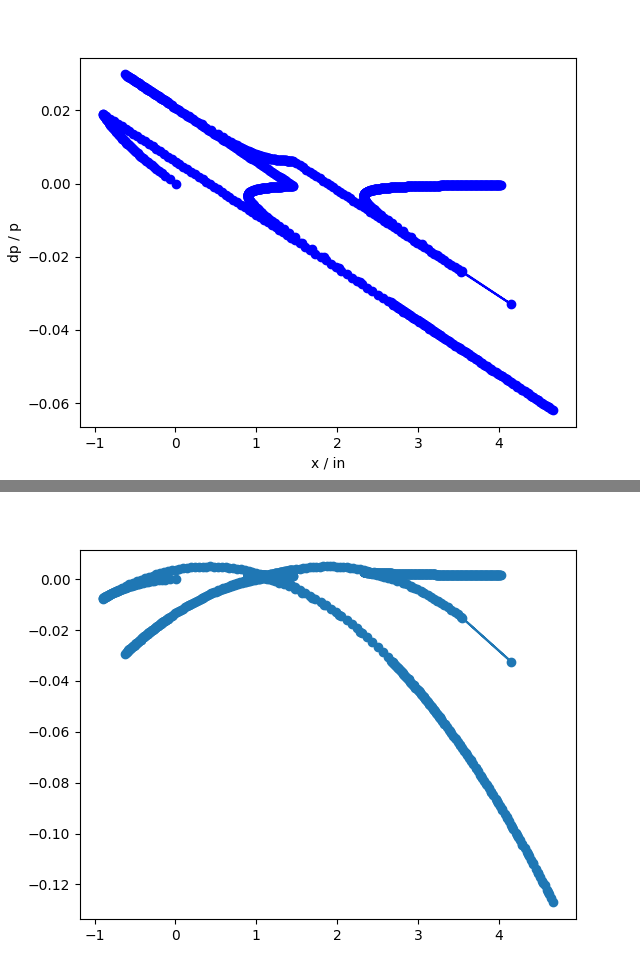
Repository: leiradom/Modified-linear-theory
Script's output: python 3_Shock_correction.py
The author's editor kept a copy of each file at every save. The script's output is drawn from the files as they stood at one save, then again after the next save.
Each picture stacks the figures in order, with grey between them; figures that are only written to a file come last. Random numbers start from a fixed seed.

Above is the script's output before, as saved 2021-04-06 20:22:28.

### 3_Shock_correction.py
'''
激波修正
本程序用于修正激波的非线性扭曲效应，修正方法为HB方法
'''

import math
import numpy as np
import matplotlib.pyplot as plt

pressure = np.loadtxt("pressuremodel1.txt",dtype=np.float64)   #存放未修正的压力信号
a = len(pressure)                                              #未加点时的点数

X = np.ones(a,dtype=np.float64)     #存放x的数组 用于加点用的横坐标数组
Y = np.ones(a,dtype=np.float64)     #存放y的数组 用于加点用的纵坐标数组
b0 = 50                             #每一个 较大的距离之间增加的点数
x0 = np.zeros(b0+1,dtype=np.float64)
y0 = np.zeros(b0+1,dtype=np.float64)

#先将未修正压力信号存入X,Y中
for i in range(0,a):
    c = pressure[i][0]
    d = pressure[i][1]
    #ca = cau[i][1]
    X[i] = c
    Y[i] = d
'''
#没问题
X0 = X
Y0 = Y
'''

#------------1先找出第一个强间断的地方,已经核实，l0没有问题
for i0 in range(0,a-1):
    if(math.sqrt((X[i0+1] - X[i0])**2 + (Y[i0+1] - Y[i0])**2) >1.3):   #1.3
    #if((X[i+1] - X[i]) * (Y[i+1] - Y[i])):
        #px = i0                            #记录此时的i
        #print(px,X[i0])
        l00 = math.sqrt((X[i0+1] - X[i0])**2 + (Y[i0+1] - Y[i0])**2)
        l0 = l00 / 20                     #判断是否要插值的距离 只要大于20倍的最大距离，就要增加点数
        #h0 = ((X[i0+1] - X[i0])/(b0))
        #k0 = ((Y[i0+1] - Y[i0])/(X[i0+1] - X[i0]))  #两点间的斜率
        '''
        #x0[0] = X[i0]
        #y0[0] = Y[i0]
        for j in range(1,b0):
            x0[j] = x0[j-1] + h0
            y0[j] = y0[j-1] + k0 * (x0[j] - x0[j-1])
            print(x0[j],y0[j])
        for k in range(1,b0):
            X = np.insert(X,i0+k,x0[k])
            Y = np.insert(Y,i0+k,y0[k])
        #print(Y[i0]+k0*h0)
        '''
        break
#------------print(l00) #检验是不是，验证了，就是

print(l0)



#2---------------------给距离较大的地方都进行加点
for i in range(0,a-1):
    li = math.sqrt((X[i+1] - X[i])**2 + (Y[i+1] - Y[i])**2)
    k0 = ((Y[i+1] - Y[i])/(X[i+1] - X[i]))  #两点间的斜率
    #先找到距离较大的点
    if(abs(X[i+1]-X[i])>0.5):   #if((li >= l0))
        px = i                       #记录每一个距离较大的地方的i
        h0 = ((X[i+1] - X[i])/(b0))   #每一个都离散成b个点
        #print("px=",px)
        #print("h0=",h0)
        #print("k0=",k0) #第一个k值是对的，第二个k值不是对的
        x0[0] = X[i]
        y0[0] = Y[i]
        for j in range(1,b0):
            x0[j] = x0[j-1] + h0
            y0[j] = y0[j-1] + k0 * (x0[j] - x0[j-1])
        #将增加的点添加到数组内
        for k in range(1,b0):
            X = np.insert(X,i+k,x0[k])
            Y = np.insert(Y,i+k,y0[k])
        a = a + 49
        p0 = i

print(i)

#-------积分部分----------
F = np.ones(a, dtype=np.float64)
F[0] = 0
F[a-1] = 0
s = 0
for i in range(0,a-1):
    #if(X[i+1]>X[i]):
    s0 = 0.5 * (X[i+1] - X[i]) * (Y[i+1] + Y[i])
    #s0 = (((Y0[j+1] + Y0[j]) * (X[j + 1] - X[j])) / (2))    #第(j+1)个梯形的面积
    s = s0 + s    #S为最后的积分
    F[i+1] = s    #是i+1不是i
    #print(X[i],Y[i])
    #if(X[i+1]<X[i])
#------积分部分-----------



print("加点前点数：",len(pressure),"加点后点数：",len(X))
#plt.scatter(X0,Y0,c='r')
plt.xlabel("x / in")
plt.ylabel("dp / p")
plt.plot(X,Y,'-o',c='b')
plt.show()
#1.1将补充的点插入原有数组




#积分图像作图
plt.plot(X,F,'-o')
plt.show()

Loaded but not shown: pressuremodel1.txt (700 lines, source omitted)

After the next save:
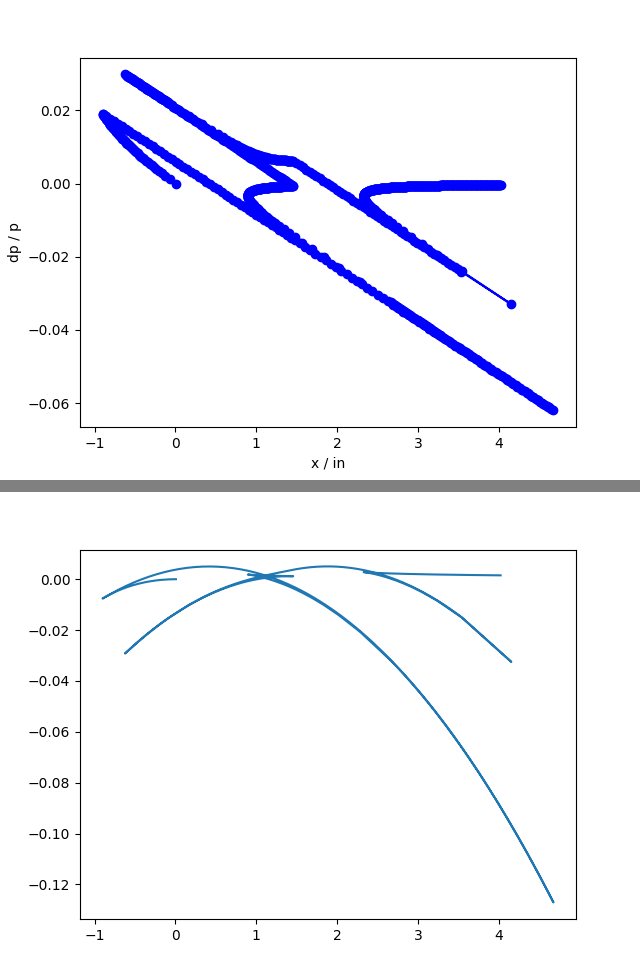
Saved 4 min 23 s later.
--- a/3_Shock_correction.py
+++ b/3_Shock_correction.py
@@ -112,5 +112,5 @@ plt.show()
 
 
 #积分图像作图
-plt.plot(X,F,'-o')
+plt.plot(X,F)
 plt.show()
